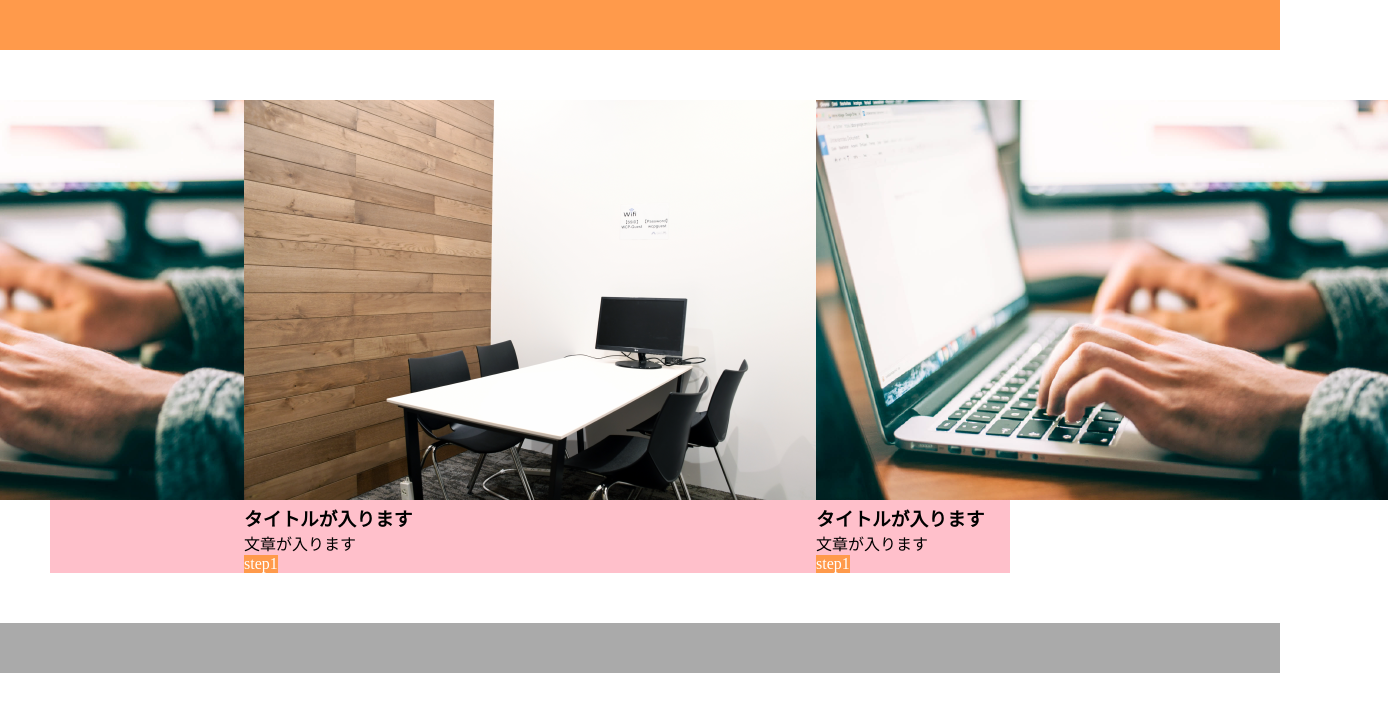
Repository: shizuki-okuma/dmm-webcamp
Page: chapter9_exercise/chapter9_exercise.html
The author's editor kept a record of every edit. The page is drawn from the files as they stood at one moment, then again after the next edit.
The browser window is 1280 px wide. The page is 1388 px wide, so the pictures cover 1388 px, including what lies to the right of the window. The pictures show the whole page.

Above is the page before.

After the next edit:
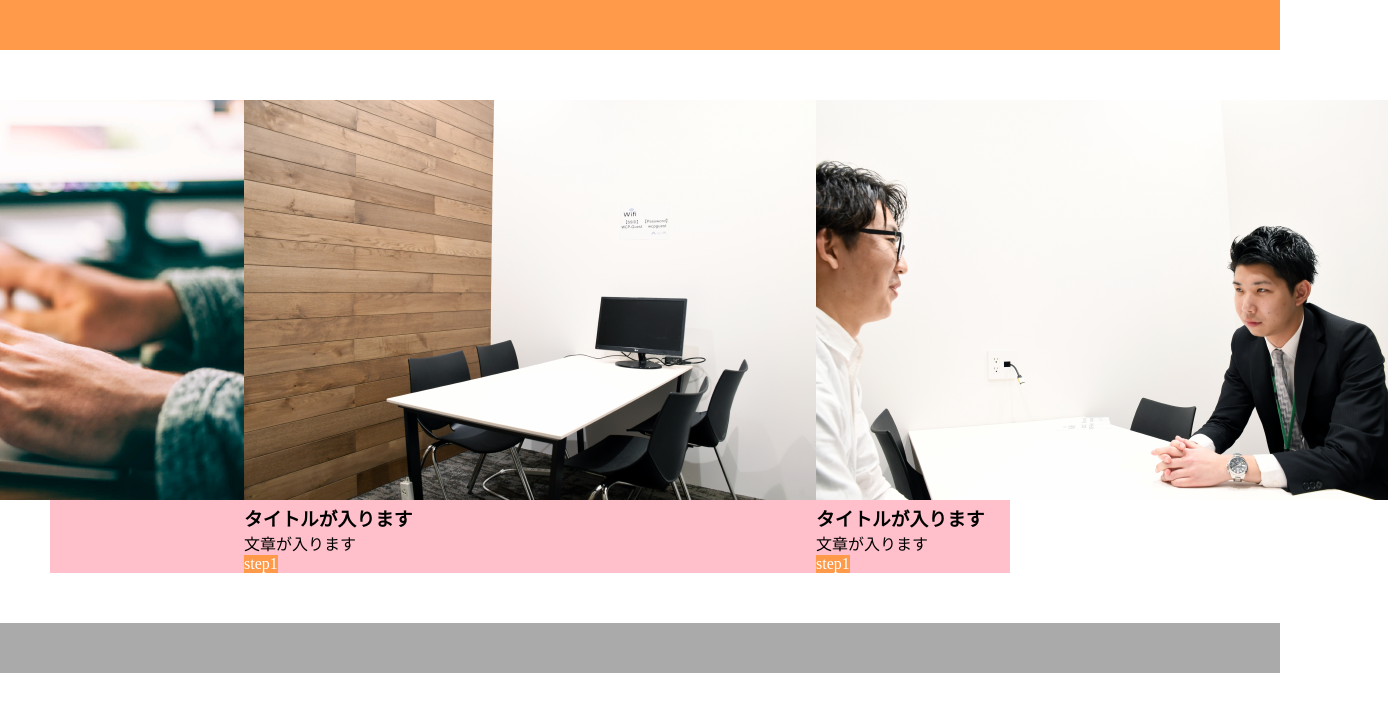
The edit:
--- a/chapter9_exercise/chapter9_exercise.html
+++ b/chapter9_exercise/chapter9_exercise.html
@@ -27,7 +27,7 @@
       </div>
 
       <div class="main-box">
-        <img class="image" src="img/flow01.png"/>
+        <img class="image" src="img/flow03.png"/>
         <div class="image"></div>
         <h3>タイトルが入ります</h3>
         <p>文章が入ります</p>
